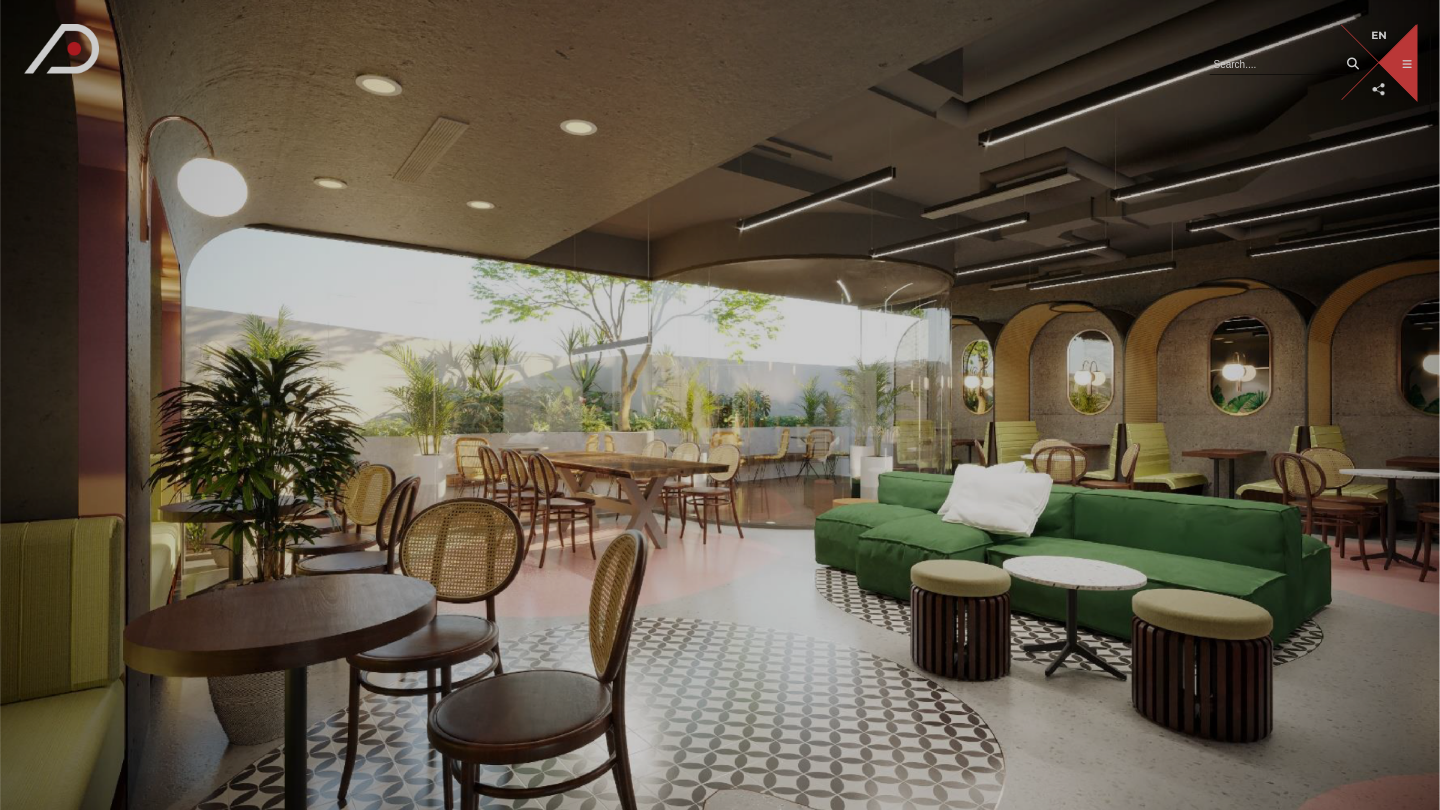
Repository: iphoneboy46/demoMonaFigma
Page: index.html
An editor plug-in stored every save of this project. The page is shown before and after the next save, followed by the edit.
The browser window is 1280 px wide. The page is 1920 px wide, so the pictures cover 1920 px, including what lies to the right of the window. The pictures show the whole page, at 75% of full size.
Some web libraries are served in a nearby version.

Above is the page before, as saved 2023-03-20 13:02:32.

After the next save:
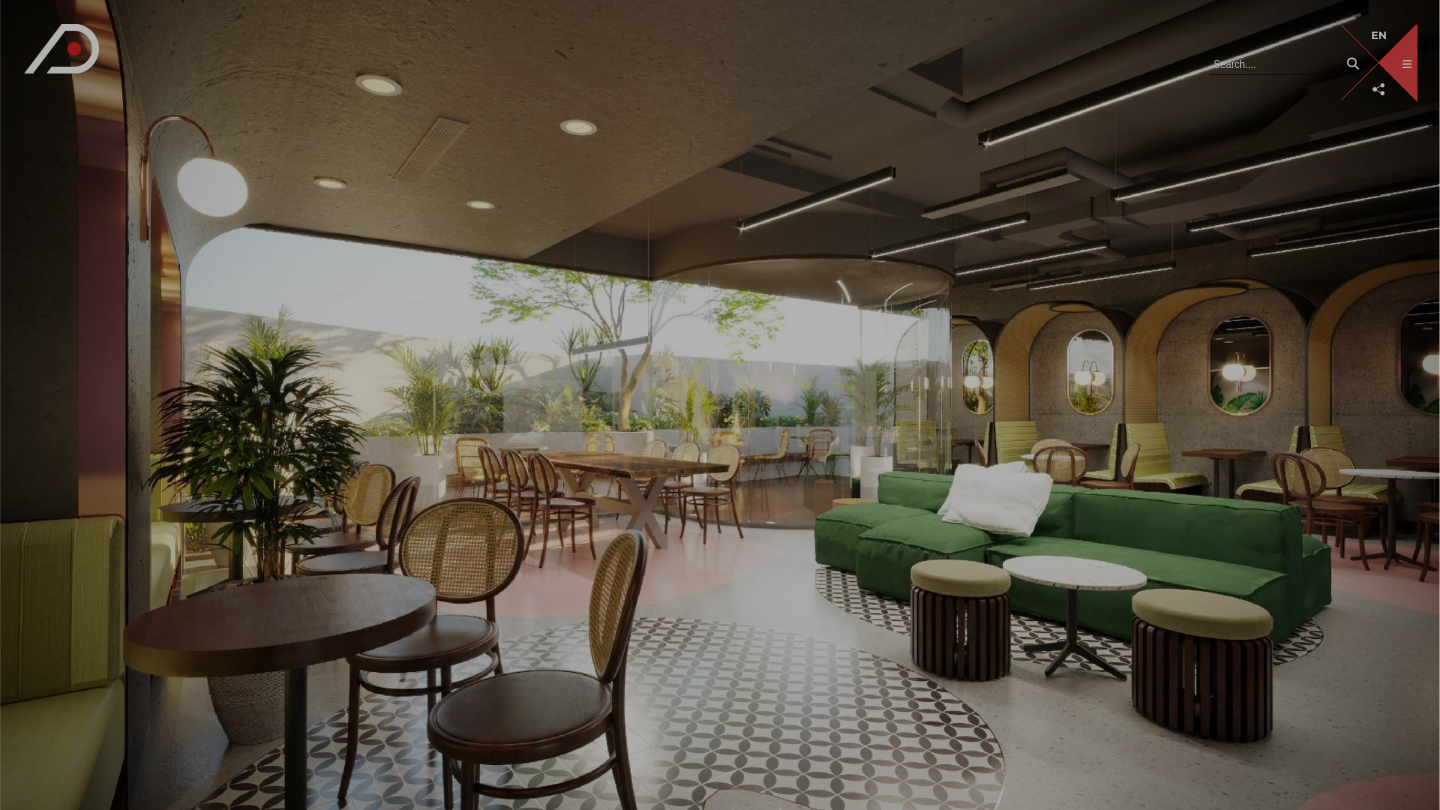
Saved 5 s later.
--- a/style.css
+++ b/style.css
@@ -19,7 +19,7 @@ header {
     background: url(./image/img-pip@2x\ 1.png);
     background-size: 100%;
     background-repeat: no-repeat;
-    filter: brightness(80%);
+    filter: brightness(70%);
     z-index: 1;
     font-family: "Montserrat", sans-serif;
 }
